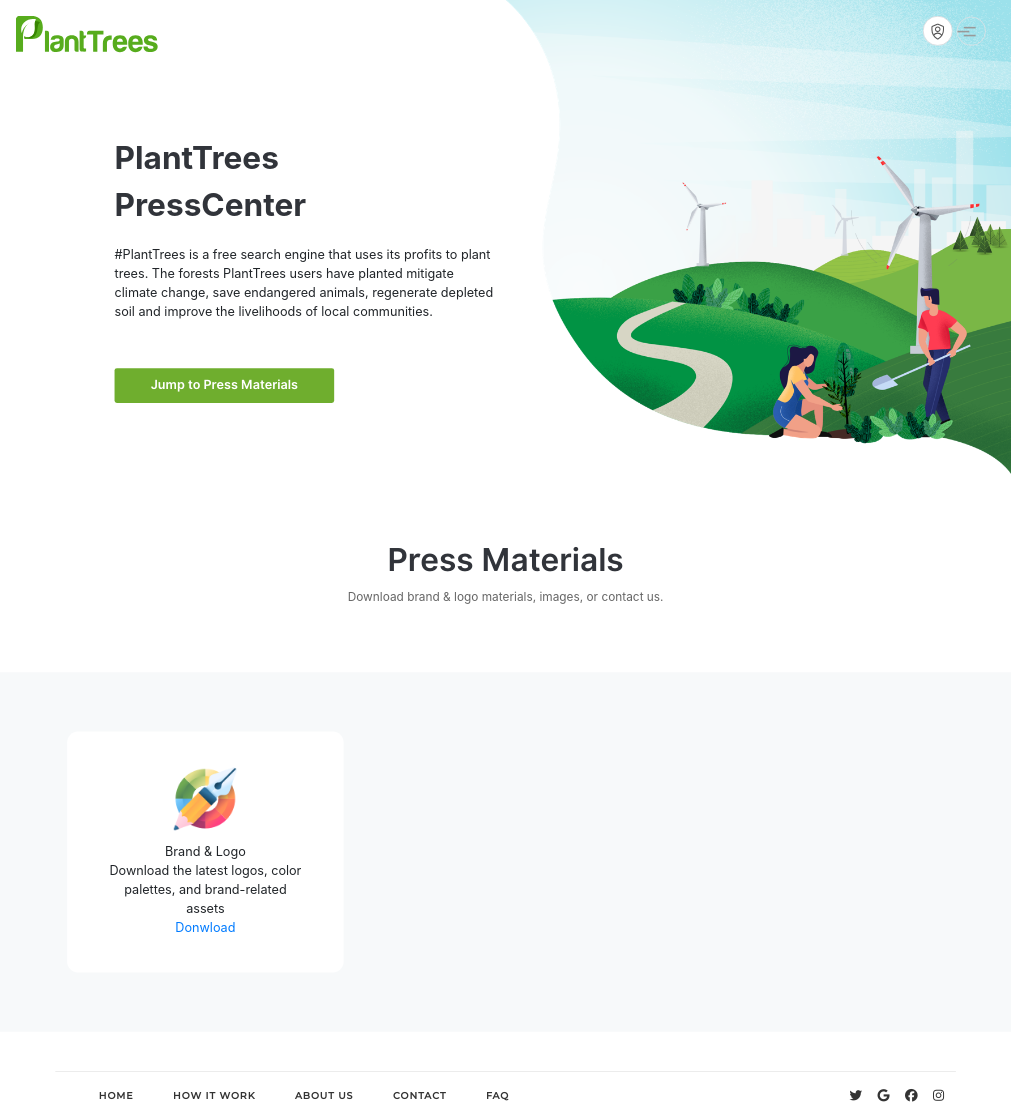
Repository: caothaito/b6g6
Page: bogo/privacy.html
The author's editor kept a copy of each file at every save. The page is drawn from the files as they stood at one save, then again after the next save.
The browser window is 1280 px wide. The pictures show the whole page, at 79% of full size.
Some web libraries are served in a nearby version. The style sheet was rebuilt from its Sass, Less or Tailwind sources for each picture, by a compiler version that may differ from the author's.

Above is the page before, as saved 2020-09-11 10:52:56.

After the next save:
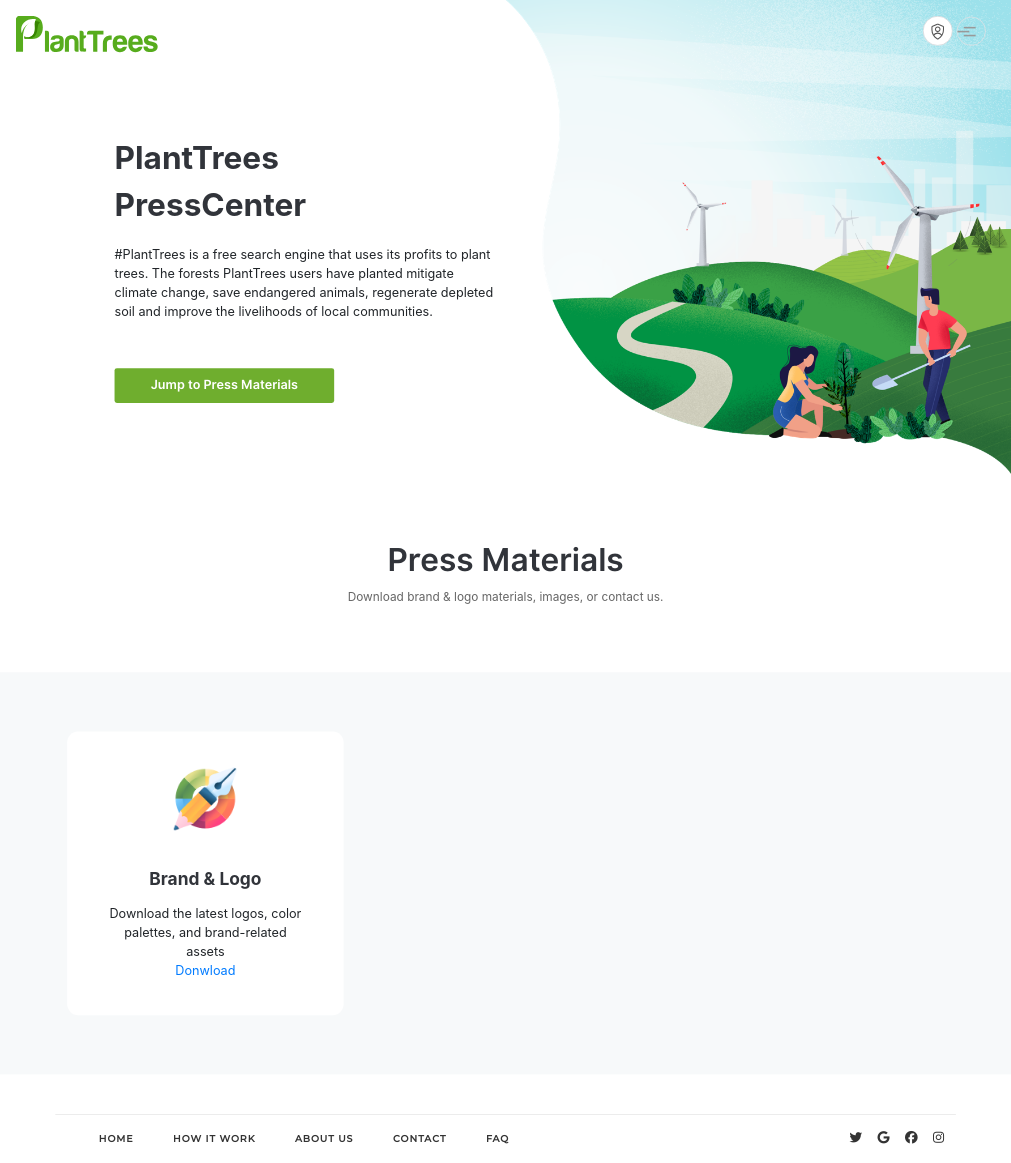
Saved 49 s later.
--- a/bogo/assets/css/media.scss
+++ b/bogo/assets/css/media.scss
@@ -121,7 +121,7 @@
             .material-icon{
                 margin-bottom: 45px;
             }
-            .material-icon{
+            .material-title{
                 color: #31343a;
                 margin-bottom: 15px;
                 font-weight: 700;
